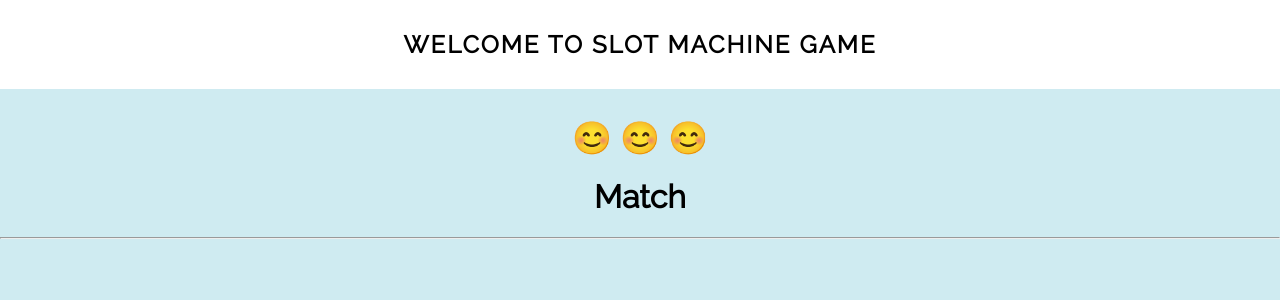
Repository: duggallakshya/slotMachineReact
Page: /
An editor plug-in stored every save of this project. The page is shown before and after the next save, followed by the edit.
The browser window is 1280 px wide. The pictures show the whole page.
The project was rebuilt for these pictures with package versions that can differ from the ones it lists, and the page was loaded fresh each time.

Above is the page before, as saved 2022-03-22 22:10:21.

### src/index.js
import React from 'react';
import ReactDOM from 'react-dom';
import './index.css';
import App from './App';

ReactDOM.render(
  <App />,
  document.getElementById('root')
)

### src/index.css
@import url('https://fonts.googleapis.com/css2?family=Raleway&display=swap');
body{
  background-color: rgb(207, 235, 241);
  margin: 0;
  padding: 0;

}

.heading-style{
  padding: 30px 0;
  margin-top: 0px;
  text-align: center;
  font-family:'Raleway', sans-serif;
  text-transform: uppercase;
  font-size: 13px;
  letter-spacing: 2px;
  font-weight: 500;
  background-color: #fff;
  font-size: 1.5rem;
  margin-bottom: 30px;
  font-weight: bold;
}

.slot-inner{
  text-align: center;
  font-family: 'Raleway', sans-serif ;
}

### src/App.jsx
import React from 'react';

const SlotMachine = () => {
    let x ='😊';
    let y ='😊';
    let z ='😊';

    if(x===y && y==z){
        return (
            <>
                <div className="slot-inner">

                    <h1> {x} {y} {z} </h1>
                    <h1> Match </h1>
                    <hr/>

                </div>
            </>
        )
    }
    else{
        return (
            <>
                <div className="slot-inner">

                    <h1> {x} {y} {z} </h1>
                    <h1> No Match </h1>
                    <hr/>

                </div>
            </>
        )
    }
}

const App = () => {
    return(
        <>
            <h1 className="heading-style"> Welcome to Slot machine game </h1>
            <div>

            </div>
            <SlotMachine />
        </>
    )
}

export default App;

Loaded but not shown: public/index.html (common file)

After the next save:
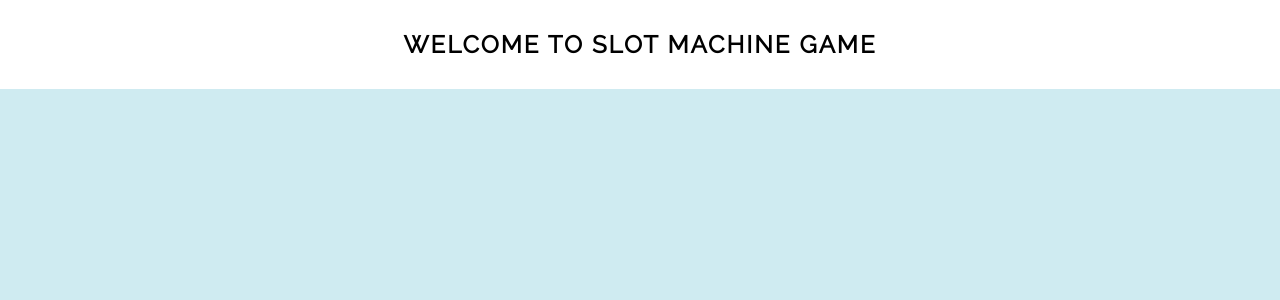
Saved 6 s later.
--- a/src/App.jsx
+++ b/src/App.jsx
@@ -40,7 +40,6 @@ const App = () => {
             <div>
 
             </div>
-            <SlotMachine />
         </>
     )
 }
